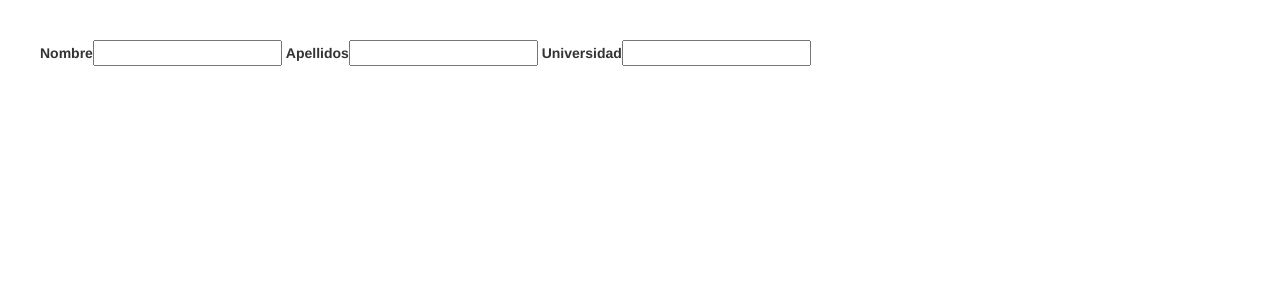
Repository: yoshitomimaehara/sdpa
Page: http://localhost/Sistema_de_Pruebas_Academicas/alumno_insertar.jsp
The author's editor kept a copy of each file at every save. The page is drawn from the files as they stood at one save, then again after the next save.
The browser window is 1280 px wide. The pictures show the whole page.
The page is served by Tomcat 9. Other server files are loaded and not shown.

Above is the page before, as saved 2013-10-06 18:43:30.
Console error: TypeError: $(...).alert is not a function

### Web/Sistema de Pruebas Academicas/Sistema de Pruebas Academicas/WebContent/alumno_insertar.jsp
<%@ page language="java" contentType="text/html; charset=ISO-8859-1"
    pageEncoding="ISO-8859-1"%>
<!DOCTYPE html>
<html>
<head>
<title></title>
<link rel="stylesheet" type="text/css" href="css\styles.css"/>
<link rel="stylesheet" href="css\bootstrap.min.css">
<script src="js\jquery.js"></script>
<script src="js\scripts.js"></script>

</head>
<body>
	<form>
		<label>Nombre</label><input type="text" />
		<label>Apellidos</label><input type="text"/>
		<label>Universidad</label><input type="text"/>
		<label></label>
	</form>
</body>
</html>

### Web/Sistema de Pruebas Academicas/Sistema de Pruebas Academicas/WebContent/css/styles.css
/*
Nombre:styles.css
Descripcion:Hoja de Estilos
Autores:Yoshitomi Maehara/Liliana Gonzales
Email:
*/
/* universal */
*{
}

/*etiquetas*/
body{
	padding:40px;
}

/* identificadores */
#ingresar{
	background-color: #5162F6;
	color:white;
}

#ingresar:hover{
	background-color: white;
	color:black;

}

#link_contrasenia{
	text-decoration:none;
}

#link_contrasenia:hover{
	text-decoration:none;
}

#academico{
	padding:10px;
	clear: none;
}

#academico:hover{
	display:block;
	padding:10px;
}

/* clases */
.cabecera_index{
  padding:0.8em;
  text-align:center;
  margin: 1em;
}

.login_index{
   border:solid 1px;
   -webkit-border-radius: 8px;
   -moz-border-radius: 8px;
   border-radius: 8px;

}

.alerta{

}

.pie_index{
	height:3em;
	padding:0.5em;
}

.menu_panel{

}
.menu_lista{
	list-style-type:none;
}

.menu_lista li{
	display:inline-block;
	padding:10px;
}

.imagen{
	padding:1em;
	height:30em;
	width:30em;
}

.contenedor{
	border:1px solid #A4A4A4;
	height:30em;
	-webkit-border-radius: 8px;
   	-moz-border-radius: 8px;
   	border-radius: 8px;
   	background-color:#F2F2F2;
}

.contenido_dentro{
	background-color:#F2F2F2;
	border:1px solid #A4A4A4;
	height:30em;
	-webkit-border-radius: 8px;
   	-moz-border-radius: 8px;
   	border-radius: 8px;
}

.menu_dentro{
	background-color:#F2F2F2;
	border:1px solid #A4A4A4;
	height:10em;
	-webkit-border-radius: 8px;
   	-moz-border-radius: 8px;
   	border-radius: 8px;
}

### Web/Sistema de Pruebas Academicas/Sistema de Pruebas Academicas/WebContent/js/scripts.js
/**
 * Nombre:script.js
 * Descripcion: Funciones JavaScript/JQuery
 * Autores:Yoshitomi Maehara/Liliana Gonzales
 * Email:
 */

$(document).ready(function(){
	$().alert();
});

$(function(){
	$('.accesos').click(function(e){
		e.preventDefault();
		$('#main').load($(this).attr('href'));
	});
});

$(function(){
	$('.enlaces').click(function(e){
		e.preventDefault();
		$('#contenido').load($(this).attr('href'));
	});
});

Loaded but not shown: Web/Sistema de Pruebas Academicas/Sistema de Pruebas Academicas/WebContent/css/bootstrap.min.css (library); Web/Sistema de Pruebas Academicas/Sistema de Pruebas Academicas/WebContent/js/jquery.js (library)

After the next save:
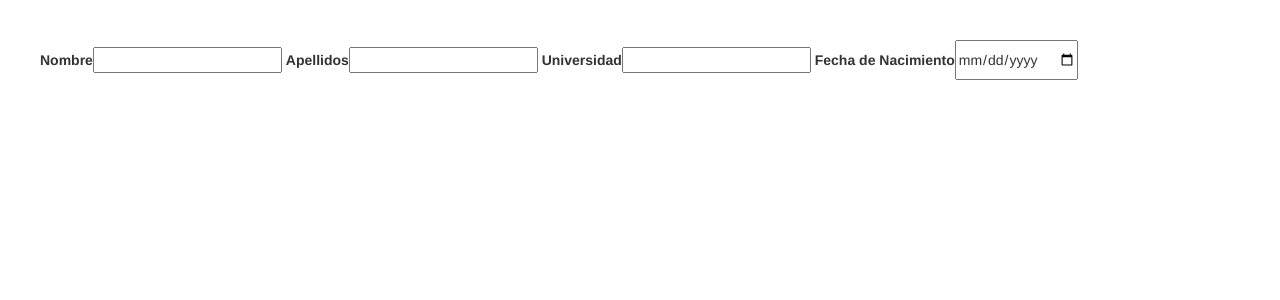
Saved 103 s later.
--- a/Web/Sistema de Pruebas Academicas/Sistema de Pruebas Academicas/WebContent/alumno_insertar.jsp
+++ b/Web/Sistema de Pruebas Academicas/Sistema de Pruebas Academicas/WebContent/alumno_insertar.jsp
@@ -15,7 +15,7 @@
 		<label>Nombre</label><input type="text" />
 		<label>Apellidos</label><input type="text"/>
 		<label>Universidad</label><input type="text"/>
-		<label></label>
+		<label>Fecha de Nacimiento</label><input type="date"/>
 	</form>
 </body>
 </html>
